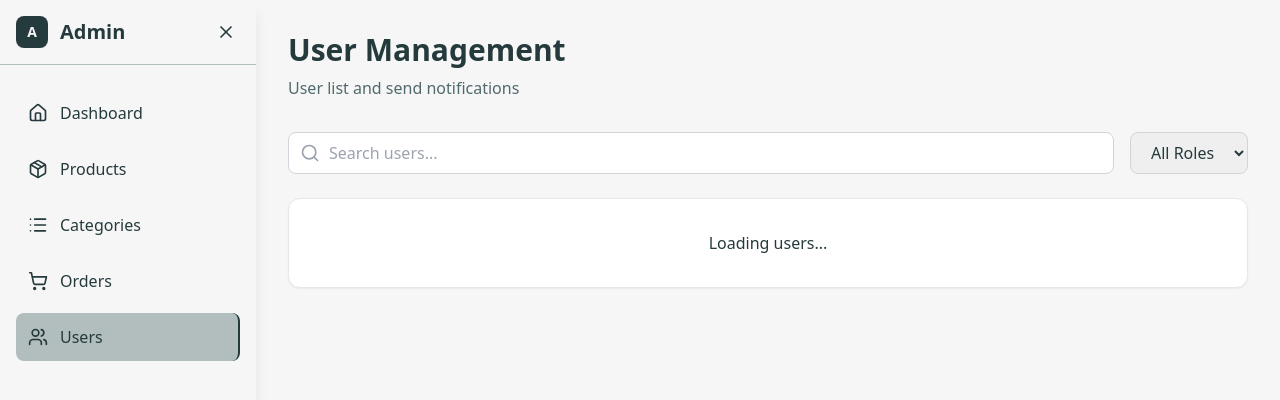
Repository: Tlyl1111/homz-admin
Page: /users
These files come from the project's save history. The page is drawn as it stood at one moment and after the next save; the edit follows.
The browser window is 1280 px wide. The pictures show the whole page.
The page's requests for data from a server got no answer. The project was rebuilt for these pictures with package versions that can differ from the ones it lists, and the page was loaded fresh each time. No one was signed in, and anything a server would have sent is missing. Also part of the build but not shown: vite.config.ts, src/components/ui/tooltip.tsx, src/components/DashboardStats.tsx, src/components/SalesChart.tsx, src/components/RecentOrders.tsx, src/pages/Index.tsx, src/components/ProductTable.tsx, src/components/ProductForm.tsx and 8 more.

Above is the page before, as saved 2025-06-11 13:17:50.

After the next save:
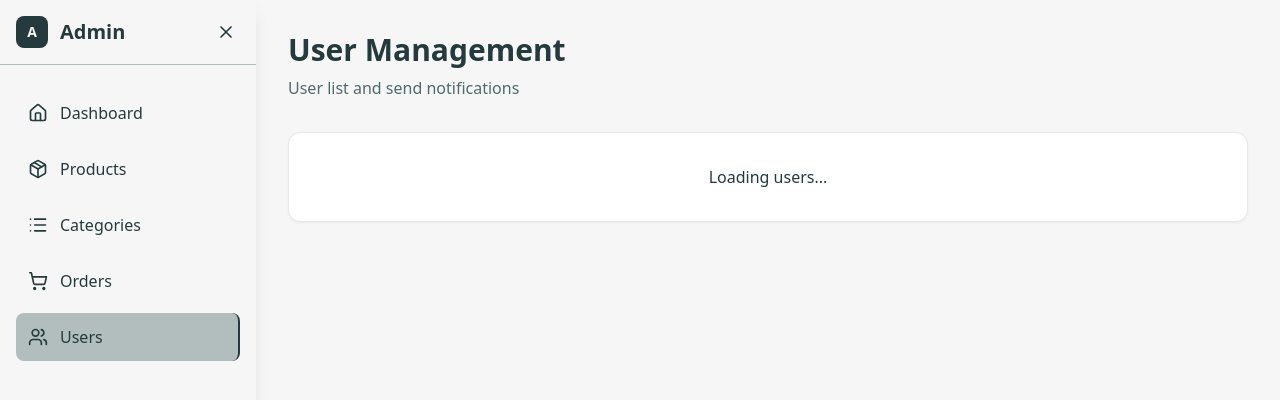
Saved 4 s later.
--- a/src/pages/Users.tsx
+++ b/src/pages/Users.tsx
@@ -36,12 +36,7 @@
 
           </div>
 
-          {!showNotificationForm && (
-            <UserFilters
-              onSearchChange={handleSearchChange}
-              onRoleChange={handleRoleChange}
-            />
-          )}
+
 
           {showNotificationForm ? (
             <NotificationForm onClose={() => setShowNotificationForm(false)} />

After the save that followed:
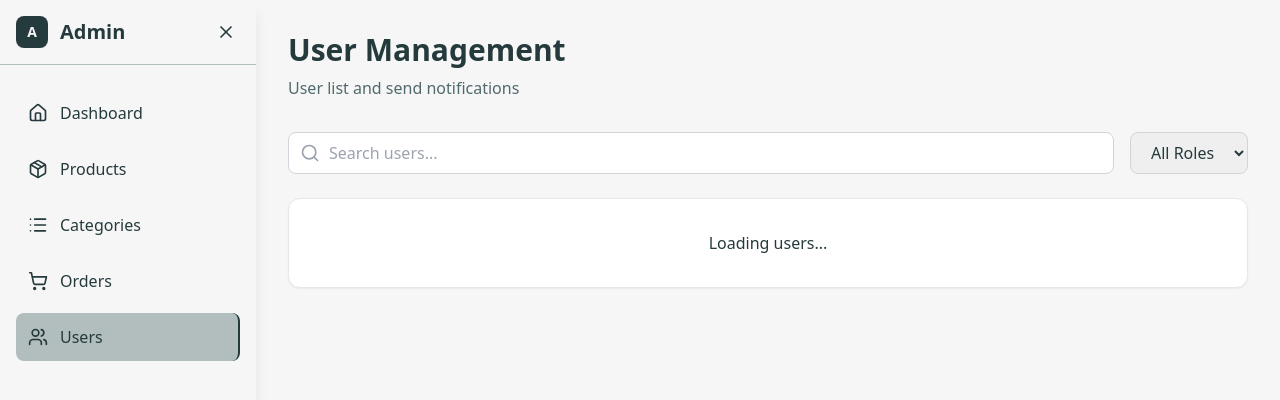
Saved 13 s later.
--- a/src/pages/Users.tsx
+++ b/src/pages/Users.tsx
@@ -36,7 +36,12 @@
 
           </div>
 
-
+          {!showNotificationForm && (
+            <UserFilters
+              onSearchChange={handleSearchChange}
+              onRoleChange={handleRoleChange}
+            />
+          )}
 
           {showNotificationForm ? (
             <NotificationForm onClose={() => setShowNotificationForm(false)} />
